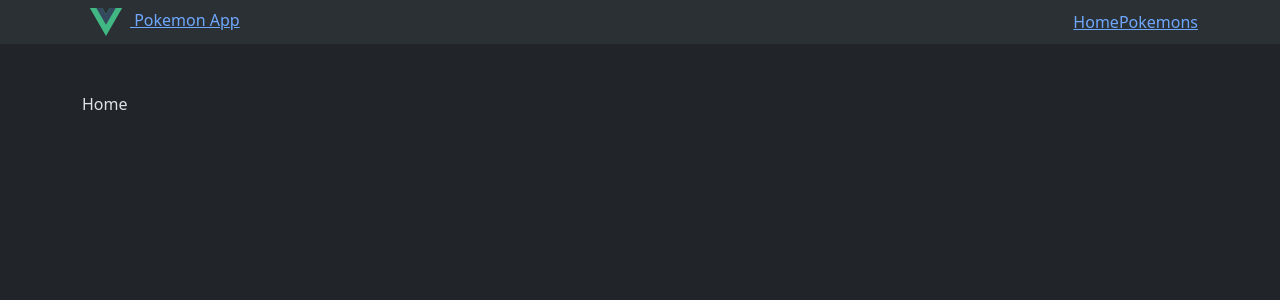
Repository: jjdevzinho/curso-vue-pinia-com-ts-poke-api
Page: /
These files come from the project's save history. The page is drawn as it stood at one moment and after the next save; the edit follows.
The browser window is 1280 px wide. The pictures show the whole page.
The project was rebuilt for these pictures with package versions that can differ from the ones it lists, and the page was loaded fresh each time. Also part of the build but not shown: vite.config.ts.

Above is the page before, as saved 2024-10-13 08:28:09.

### index.html
<!doctype html>
<html lang="en" data-bs-theme="dark">
  <head>
    <meta charset="UTF-8" />
    <link rel="icon" href="/favicon.ico" />
    <meta name="viewport" content="width=device-width, initial-scale=1.0" />
    <title>Vite App</title>
    <link
      href="https://cdn.jsdelivr.net/npm/bootstrap@5.3.3/dist/css/bootstrap.min.css"
      rel="stylesheet"
      integrity="sha384-QWTKZyjpPEjISv5WaRU9OFeRpok6YctnYmDr5pNlyT2bRjXh0JMhjY6hW+ALEwIH"
      crossorigin="anonymous"
    />
  </head>
  <body>
    <div id="app"></div>
    <script type="module" src="/src/main.ts"></script>
  </body>
</html>

### src/App.vue
<script setup lang="ts">
import { RouterLink, RouterView } from 'vue-router'
</script>

<template>
  <header>
    <div class="navbar bg-body-tertiary">
      <div class="container">
        <RouterLink to="/" exact>
          <img
            alt="Vue logo"
            class="logo"
            src="@/assets/logo.svg"
            width="48"
            height="28"
          />
          Pokemon App
        </RouterLink>
        <nav>
          <RouterLink to="/" exact>Home</RouterLink>
          <RouterLink to="/pokemons">Pokemons</RouterLink>
        </nav>
      </div>
    </div>
  </header>
  <main class="container my-5">
    <RouterView />
  </main>
</template>

### src/router/index.ts
import { createRouter, createWebHistory } from 'vue-router'
import HomeView from '../views/HomeView.vue'

const router = createRouter({
  history: createWebHistory(import.meta.env.BASE_URL),
  routes: [
    {
      path: '/',
      name: 'home',
      component: HomeView,
    },
    {
      path: '/about',
      name: 'about',
      component: () => import('../views/AboutView.vue'),
    },
    {
      path: '/pokemons',
      name: 'about',
      component: () => import('../views/PokemonListView.vue'),
    },
    {
      path: '/pokemons/:name',
      name: 'pokemon',
      component: () => import('../views/PokemonView.vue'),
    },
  ],
})

export default router

### src/views/HomeView.vue
<template>
  <main>Home</main>
</template>

Loaded but not shown: src/main.ts (common file)

After the next save:
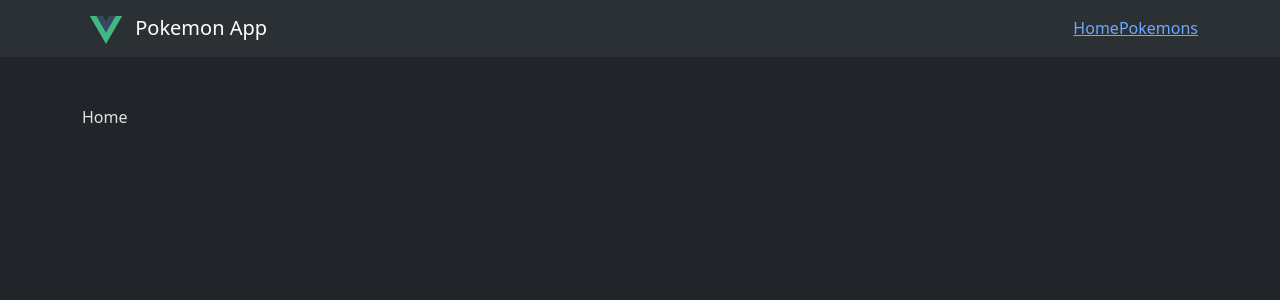
Saved 72 s later.
--- a/src/App.vue
+++ b/src/App.vue
@@ -6,7 +6,7 @@
   <header>
     <div class="navbar bg-body-tertiary">
       <div class="container">
-        <RouterLink to="/" exact>
+        <RouterLink to="/" class="navbar-brand" exact>
           <img
             alt="Vue logo"
             class="logo"
